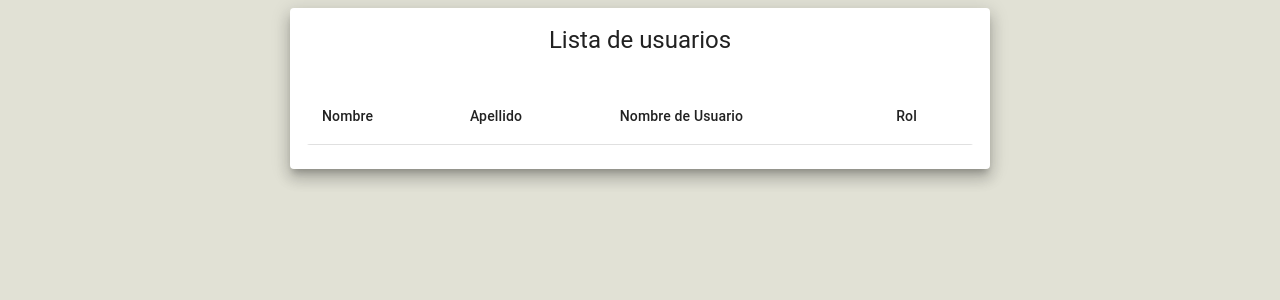
Repository: Mpablom/usuarioCaC-integrador-final-front
Page: /usuarios
An editor plug-in stored every save of this project. The page is shown before and after the next save, followed by the edit.
The browser window is 1280 px wide. The pictures show the whole page.
The page's requests for data from a server got no answer. The project was rebuilt for these pictures with package versions that can differ from the ones it lists, and the page was loaded fresh each time. No one was signed in, and anything a server would have sent is missing. Also part of the build but not shown: vite.config.ts, src/components/Login.tsx.

Above is the page before, as saved 2024-07-10 23:43:33.

After the next save:
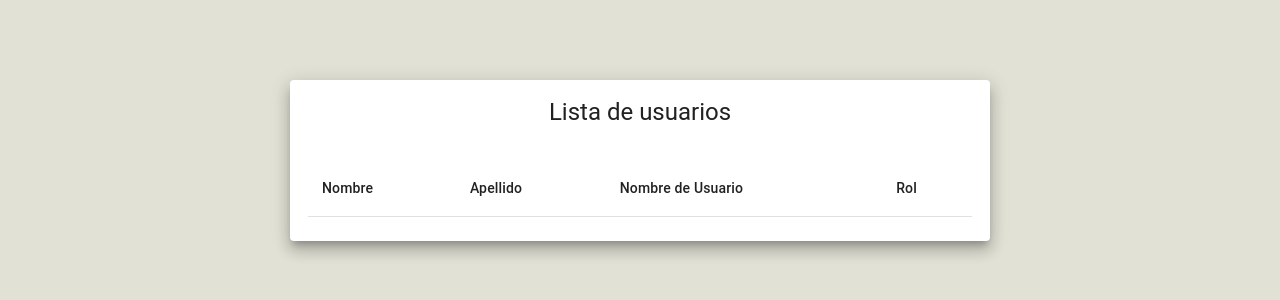
Saved 42 s later.
--- a/src/components/UsuariosTable.tsx
+++ b/src/components/UsuariosTable.tsx
@@ -31,7 +31,7 @@ const UsuariosTable: React.FC = () => {
   }, []);
 
   return (
-    <Card sx={{ maxWidth: 700, margin: "auto", boxShadow:'10' }}>
+    <Card sx={{ maxWidth: 700, margin: "auto", boxShadow:'10', mt: 10 }}>
       <CardHeader
         title="Lista de usuarios"
         sx={{ textAlign: "center" }}
